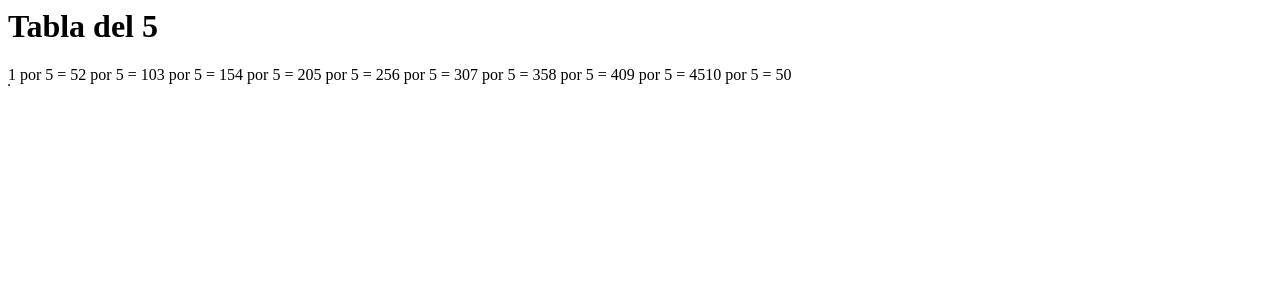
Repository: pedroblanch/ejerciciosPhp2021-2022
Page: http://localhost/tabla_multiplicar_3.php
The author's editor kept a copy of each file at every save. The page is drawn from the files as they stood at one save, then again after the next save.
The browser window is 1280 px wide. The pictures show the whole page.
The page is run by PHP 8.4 with error messages shown; the project is at /var/www/html/.

Above is the page before, as saved 2021-12-17 12:31:57.

### ejerciciosBasicos/tabla_multiplicar_3.php
<table border=1>
<?php
echo("<h1>Tabla del 5</h1>");
for($i=1;$i<=10;$i++){
  $resultado=$i*5;
  echo("<tr>$i por 5 = $resultado</tr>");
}
?>
</table>

After the next save:
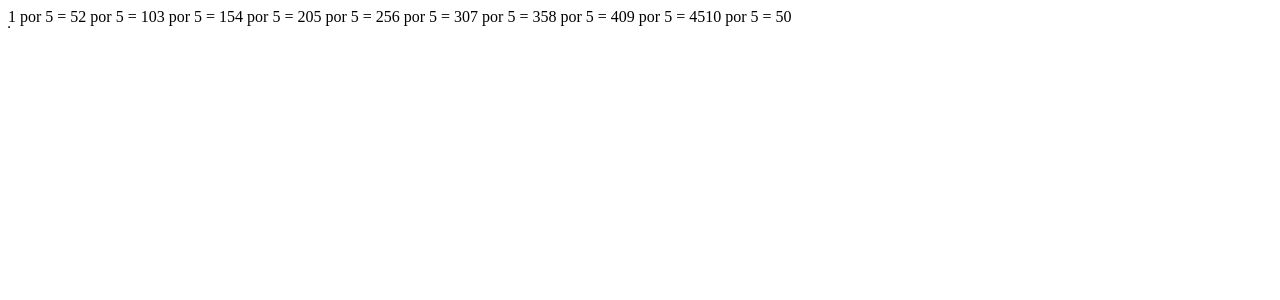
Saved 35 s later.
--- a/ejerciciosBasicos/tabla_multiplicar_3.php
+++ b/ejerciciosBasicos/tabla_multiplicar_3.php
@@ -1,6 +1,5 @@
 <table border=1>
 <?php
-echo("<h1>Tabla del 5</h1>");
 for($i=1;$i<=10;$i++){
   $resultado=$i*5;
   echo("<tr>$i por 5 = $resultado</tr>");
